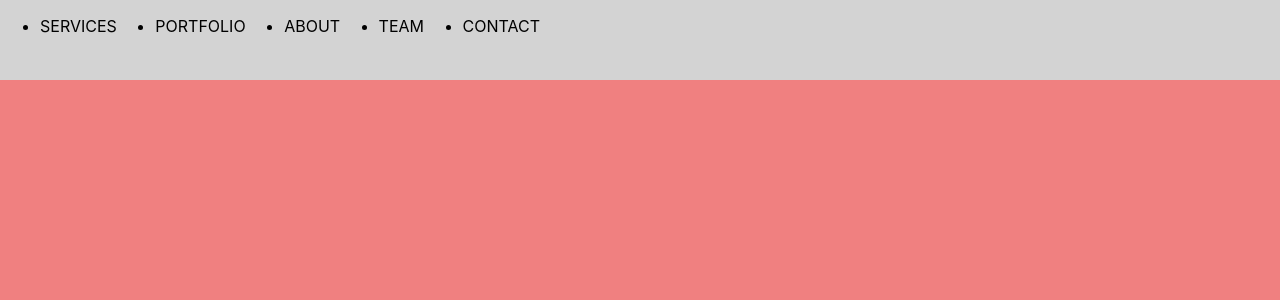
Repository: ooter37/media-queries-afternoon
Page: / (app in portfolio-clone/)
The author's editor kept a copy of each file at every save. The page is drawn from the files as they stood at one save, then again after the next save.
The browser window is 1280 px wide. The pictures show the whole page.
The project was rebuilt for these pictures with package versions that can differ from the ones it lists, and the page was loaded fresh each time.

Above is the page before, as saved 2020-04-13 13:17:43.

After the next save:
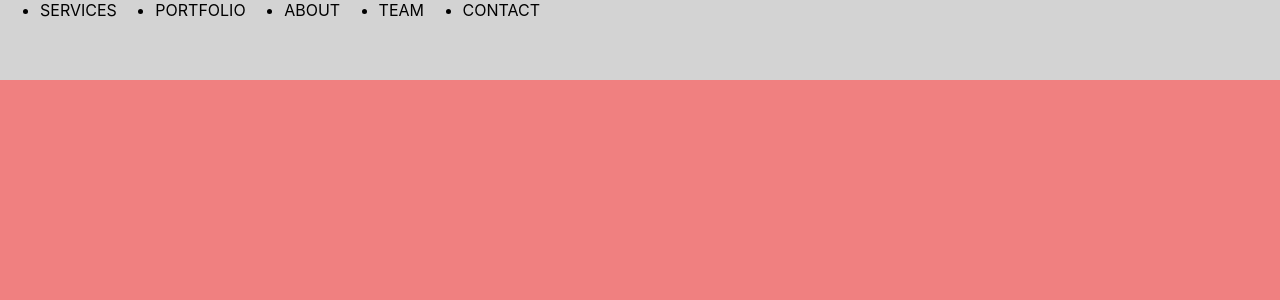
Saved 11 s later.
--- a/portfolio-clone/src/App.css
+++ b/portfolio-clone/src/App.css
@@ -14,10 +14,10 @@
   height: 100%;
   width: 100%;
 
-  margin: 0 auto;
 }
 
 .buttons {
+  margin: 0 auto;
   width: 500px;
 	display: flex;
 	flex-direction: row;

After the save that followed:
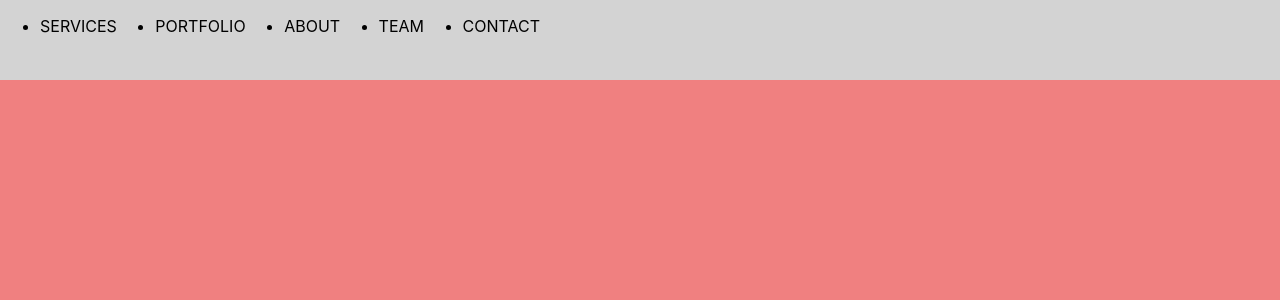
Saved 8 s later.
--- a/portfolio-clone/src/App.css
+++ b/portfolio-clone/src/App.css
@@ -17,7 +17,7 @@
 }
 
 .buttons {
-  margin: 0 auto;
+  margin-top: 0 auto;
   width: 500px;
 	display: flex;
 	flex-direction: row;
